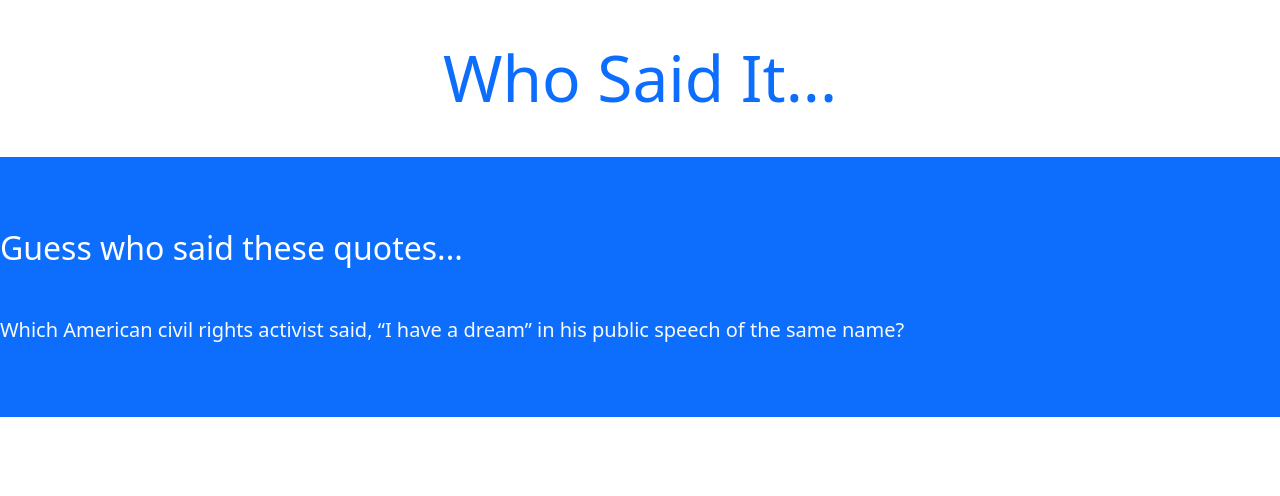
Repository: julihocc/Presentation-02-Forms-with-vanilla-JS
Page: index.html
These files come from the project's save history. The page is drawn as it stood at one moment and after the next save; the edit follows.
The browser window is 1280 px wide. The pictures show the whole page.

Above is the page before, as saved 2022-09-27 13:41:41.

### index.html
<!-- step 0.1: create HTML5 template -->
<!DOCTYPE html>
<html lang="en">

<head>
    <meta charset="UTF-8">
    <meta http-equiv="X-UA-Compatible" content="IE=edge">
    <meta name="viewport" content="width=device-width, initial-scale=1.0">

    <!-- step 0.4: include bootstrap -->
    <!-- CSS only -->
    <link href="https://cdn.jsdelivr.net/npm/bootstrap@5.2.1/dist/css/bootstrap.min.css" rel="stylesheet"
        integrity="sha384-iYQeCzEYFbKjA/T2uDLTpkwGzCiq6soy8tYaI1GyVh/UjpbCx/TYkiZhlZB6+fzT" crossorigin="anonymous">

    <!-- step 0.2: change title -->
    <title>Who Said It...</title>
</head>

<body>

    <!-- step 1.1 top section -->
    <div class="intro py-3 bg-white text-center">
        <div class="container">
            <h2 class="text-primary display-3 my-4">
                Who Said It...
            </h2>
        </div>
    </div>

    <!-- step 1.4: quiz section -->
    <div class="quiz py-4 bg-primary">
        <div class="containter">
            <h2 class="my-5 text-white">
                Guess who said these quotes...
            </h2>
            <!-- step 1.5: create form -->
            <form class="quiz-form text-light">
                <!-- step 1.6: create containers for each question -->
                <!-- step 1.6.1 question #1-->
                <div class="my-5">
                    <p class="lead font-weight-normal">
                        Which American civil rights activist said, “I have a dream” in his public speech of the same name?
                    </p>

                </div>
            </form>
        </div>
    </div>

    <!-- step 0.3: link js -->
    <script src="app.js"></script>
</body>

</html>

Loaded but not shown: app.js (no copy from this time; the picture is the same without it)

After the next save:
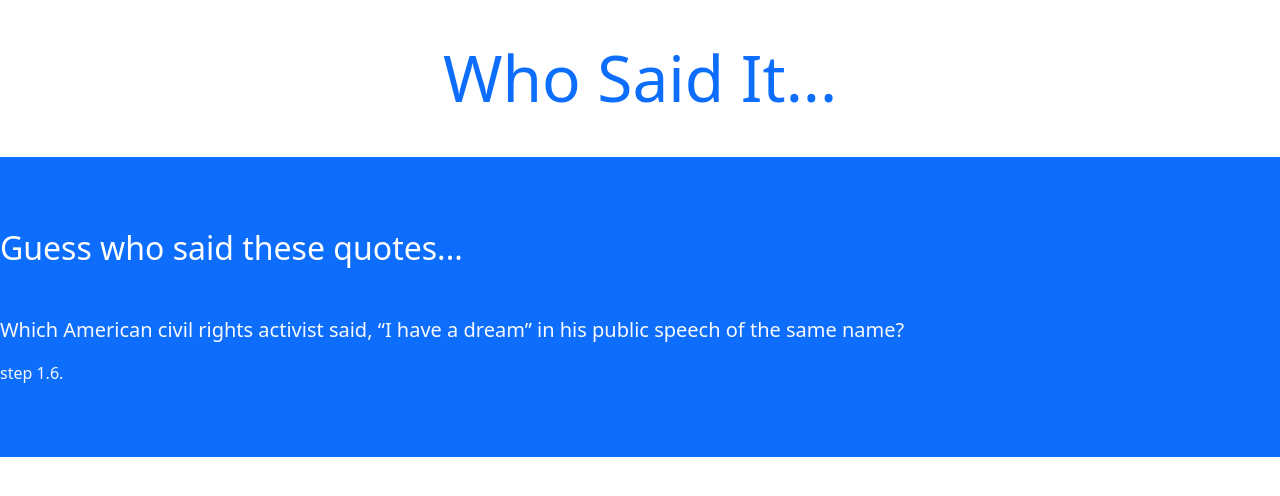
Saved 4 s later.
--- a/index.html
+++ b/index.html
@@ -41,7 +41,7 @@
                     <p class="lead font-weight-normal">
                         Which American civil rights activist said, “I have a dream” in his public speech of the same name?
                     </p>
-
+                    step 1.6.
                 </div>
             </form>
         </div>
